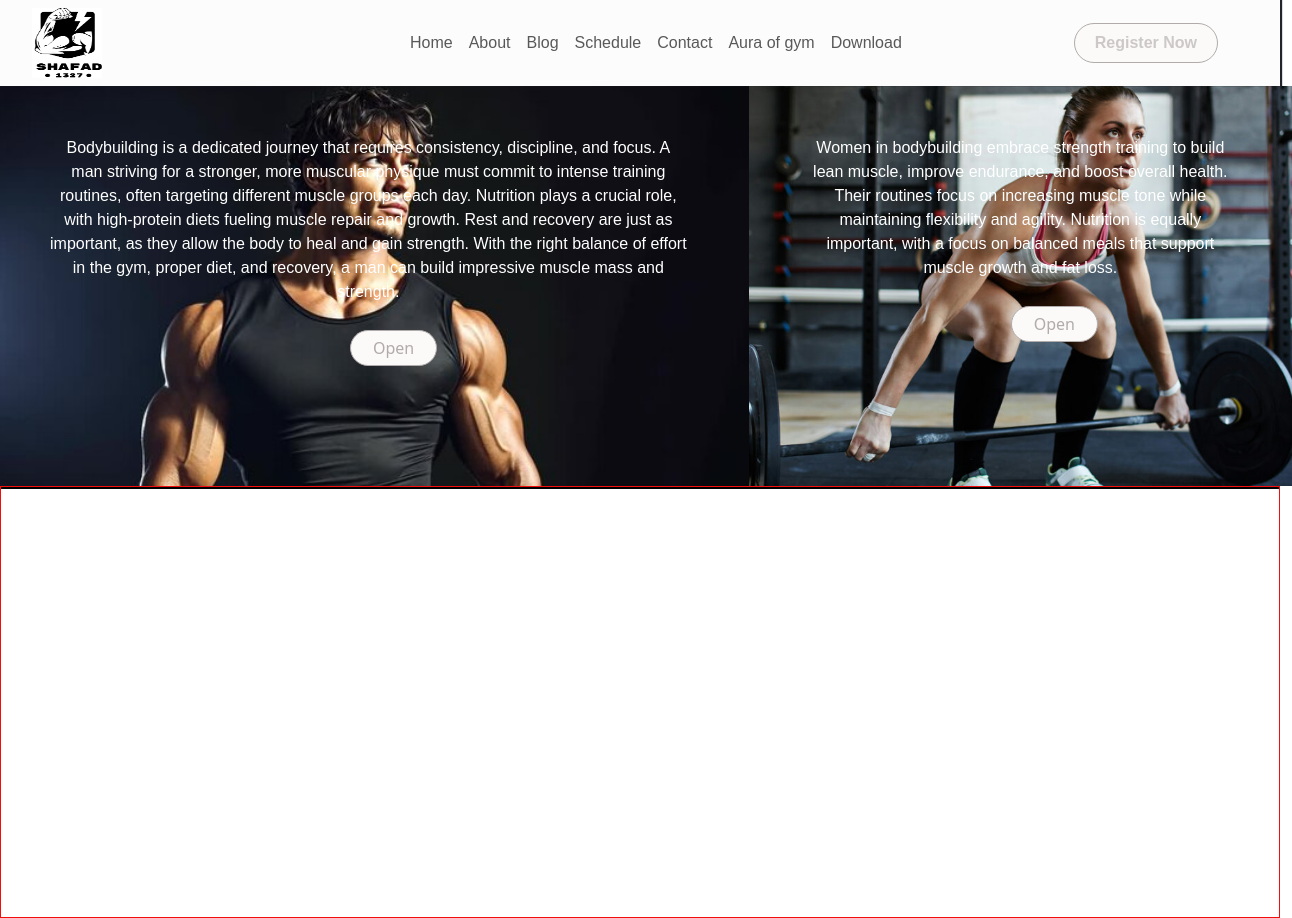
Repository: Daud-shafad/gymwebsite
Page: bootstrap-5.3.3-dist/bootstrap-5.3.3-dist/gym.html
The author's editor kept a copy of each file at every save. The page is drawn from the files as they stood at one save, then again after the next save.
The browser window is 1280 px wide. The page is 1292 px wide, so the pictures cover 1292 px, including what lies to the right of the window. The pictures show the whole page.

Above is the page before, as saved 2024-12-28 14:24:54.

### bootstrap-5.3.3-dist/bootstrap-5.3.3-dist/gym.html
<!DOCTYPE html>
<html lang="en">
<head>
    <title>GYM WEBSITE</title>
    <meta charset="UTF-8">
    <meta name="viewport" content="width=device-width, initial-scale=1.0">
    <meta name="author" content="Daud_Shafad">
    <meta name="Description" content="This gym website front-end part">
    <meta name="keyword" content="html, css, bootstrap, front-end, gym, website">
    <link rel="stylesheet" href="gym.css">
    <link rel="stylesheet" href="css/bootstrap.css">


</head>
<body>

    <nav class="navbar navbar-expand-lg" style="background-color: rgb(253, 252, 252); box-shadow: 1px -1px 1px 1px">
        <div class="container-fluid">
          <img src="power.png" style="width: 70px;
          height: 70px; margin-left: 20px;" >
          <button class="navbar-toggler" type="button" data-bs-toggle="collapse" data-bs-target="#navbarSupportedContent" aria-controls="navbarSupportedContent" aria-expanded="false" aria-label="Toggle navigation">
            <span class="navbar-toggler-icon"></span>
          </button>
          <div class="collapse navbar-collapse" id="navbarSupportedContent" style="font-family: sans-serif;">
            <ul class="navbar-nav me-auto mb-2 mb-lg-0" style="margin-left: 300px;">
              <li class="nav-item" >
                <a class="nav-link" aria-current="page" href="#">Home</a>
              </li>
              <li class="nav-item" >
                <a class="nav-link" href="#">About</a>
              </li>
              <li class="nav-item">
                <a class="nav-link" href="#">Blog</a>
              </li>
              <li class="nav-item">
                <a class="nav-link" aria-disabled="false">Schedule</a>
              </li>
              <li class="nav-item">
                <a class="nav-link" aria-disabled="false">Contact</a>
              </li>
              <li class="nav-item">
                <a class="nav-link" aria-disabled="false">Aura of gym</a>
              </li>
              <li class="nav-item">
                <a class="nav-link" aria-disabled="false">Download</a>
              </li>
              </ul>
           <button class="btn-register">
            Register Now
           </button>
          </div>
        </div>
      </nav>

      <div class="row">
        <div class="col-7">
          <p class="p-man-bodybuilding">Bodybuilding is a dedicated journey that requires consistency, discipline, and focus. A man striving for a stronger, more muscular physique must commit to intense training routines, often targeting different muscle groups each day. Nutrition plays a crucial role, with high-protein diets fueling muscle repair and growth. Rest and recovery are just as important, as they allow the body to heal and gain strength. With the right balance of effort in the gym, proper diet, and recovery, a man can build impressive muscle mass and strength.</p>
          <button class="btn-open-1">Open</button>
        </div>
        <div class="col-5">
        <p class="p-women-bodybuilding">Women in bodybuilding embrace strength training to build lean muscle, improve endurance, and boost overall health. Their routines focus on increasing muscle tone while maintaining flexibility and agility. Nutrition is equally important, with a focus on balanced meals that support muscle growth and fat loss.</p>
        <button class="btn-open-2">Open</button>
    </div>
      </div>

    <section class="section-1">
     <div class="managers-part">

     </div>

    </section>



    <script src="js/bootstrap.js"></script>


</body>
</html>

### bootstrap-5.3.3-dist/bootstrap-5.3.3-dist/gym.css
*{
    margin:0;
    padding: 0;
}

.btn-register{
    background-color: rgb(252, 249, 249);
    padding: 7px 20px 7px 20px;
    border: 1px solid rgb(177, 171, 171);
    cursor: pointer;
    border-radius: 25px;
    margin-right: 50px;
    font-family: sans-serif;
    font-size: 16px;
    font-weight: 600;
    color: rgb(204, 200, 200);
    text-transform: capitalize;
    transition: all 2s;
}

.btn-register:hover{
   background-color: rgb(177, 171, 171);
   color: rgb(252, 249, 249);
   border: rgb(252, 249, 249);
   letter-spacing: 2px;
   box-shadow: 2px 1px 2px 2px;

}

#navbarSupportedContent:hover{
    letter-spacing: 1px;
    color: black;
    cursor: pointer;
    transition: all 2s;
}

.row .col-7{

    background: url(Trainer3.jpg);
    background-position: center;
    background-size: cover;
    background-repeat: no-repeat;
    height: 400px;

}

.row .col-7 .p-man-bodybuilding{
    font-family: sans-serif;
    font-size: 16px;
    font-weight: 400;
    text-align: center;
    padding: 50px;
    color: white;
}

.row .col-7 .btn-open-1{
   background-color: rgb(252, 249, 249);
   color: rgb(177, 171, 171);
   border: 1px solid rgb(177, 171, 171);
   cursor: pointer;
   border-radius: 25px;
   padding: 5px 22px 5px 22px;
   margin: -40px 50px 50px 350px;
   vertical-align: top;
   transition: all 2s;
}

.row .col-7 .btn-open-1:hover{
    background-color: rgb(177, 171, 171);
    color: rgb(252, 249, 249);
    border: rgb(252, 249, 249);
    letter-spacing: 2px;
    box-shadow: 2px 1px 2px 2px;
}

.row .col-5{
    background: url(Photowomen2.jpg);
    background-position: center;
    background-size: cover;
    background-repeat: no-repeat;
    height: 400px;


}

.row .col-5 .p-women-bodybuilding{
    font-family: sans-serif;
    font-size: 16px;
    font-weight: 400;
    text-align: center;
    padding: 50px;
    color: white;
}

.row .col-5 .btn-open-2{
    background-color: rgb(252, 249, 249);
    color: rgb(177, 171, 171);
    border: 1px solid rgb(177, 171, 171);
    cursor: pointer;
    border-radius: 25px;
    padding: 5px 22px 5px 22px;
    margin: -40px 50px 50px 250px;
    vertical-align: top;
    transition: all 2s;
 }

 .row .col-5 .btn-open-2:hover{
     background-color: rgb(177, 171, 171);
     color: rgb(252, 249, 249);
     border: rgb(252, 249, 249);
     letter-spacing: 2px;
     box-shadow: 2px 1px 2px 2px;
 }

 .section-1{
    display: block;
    position: relative;
    width: 100%;
    height: 60vh;
    border: 1px solid rgb(243, 14, 14);
 }
 .section-1 .managers-part{
    display: flex;
    flex-direction: row;
    gap: 30px;
    align-items: center;
    justify-content: center;
    border: 1px solid black;
 }

Loaded but not shown: bootstrap-5.3.3-dist/bootstrap-5.3.3-dist/css/bootstrap.css (library); bootstrap-5.3.3-dist/bootstrap-5.3.3-dist/js/bootstrap.js (library)

After the next save:
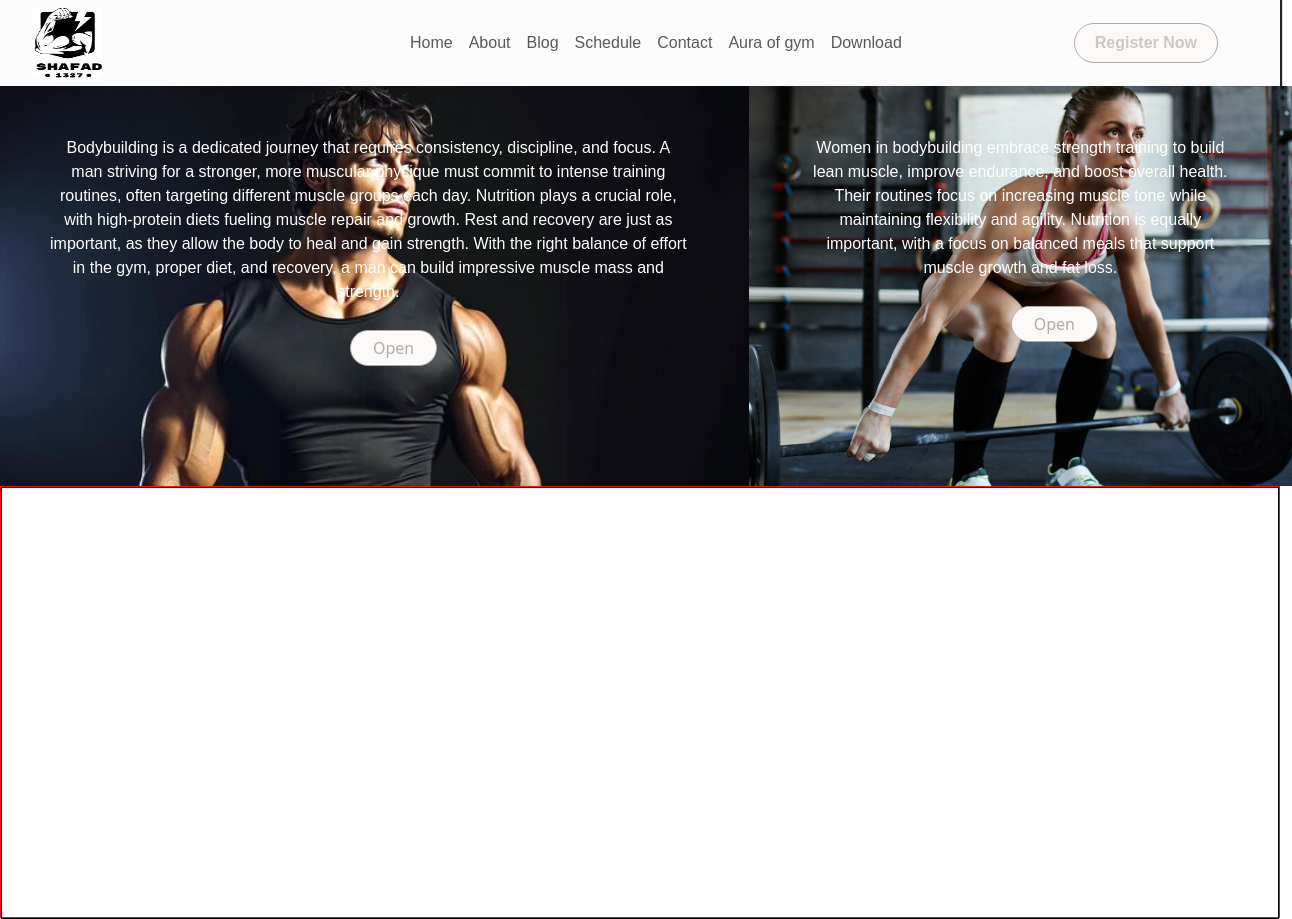
Saved 33 s later.
--- a/bootstrap-5.3.3-dist/bootstrap-5.3.3-dist/gym.css
+++ b/bootstrap-5.3.3-dist/bootstrap-5.3.3-dist/gym.css
@@ -121,9 +121,12 @@
  }
  .section-1 .managers-part{
     display: flex;
+    position: absolute;
     flex-direction: row;
     gap: 30px;
     align-items: center;
     justify-content: center;
+    width: 100%;
+    height: 60vh;
     border: 1px solid black;
  }
